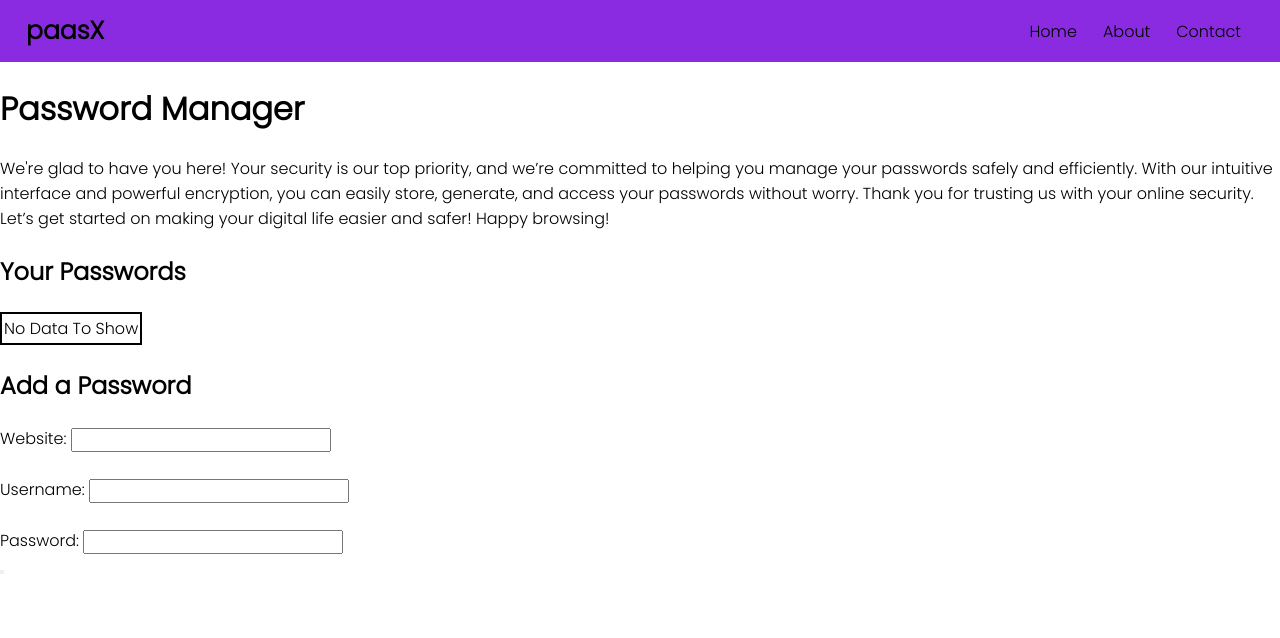
Repository: Abhi2807ar/PASSWORD-MANAGER
Page: index.html
These files come from the project's save history. The page is drawn as it stood at one moment and after a run of saves; the edit follows.
The browser window is 1280 px wide. The pictures show the whole page.

Above is the page before, as saved 2024-10-14 18:20:00.
Console error: TypeError: Document.querySelector is not a function

### index.html
<!DOCTYPE html>
<html lang="en">
<head>
    <meta charset="UTF-8">
    <meta name="viewport" content="width=device-width, initial-scale=1.0">
    <title>Documentx</title>
  <link rel="stylesheet" href="style.css">

</head>

<body>
    <nav>
        <div class="logo">paasX</div>
        <ul>
            <li>Home</li>
            <li>About</li>
            <li>Contact</li>

        </ul>

    </nav>
    <div class="'container">
        <h1>Password Manager</h1>
        <p> We're glad to have you here! Your security is our top priority,
             and we’re committed to helping you manage your passwords safely and efficiently.
              With our intuitive interface and powerful encryption, you can easily store, generate, and access your passwords without worry.
Thank you for trusting us with your online security. Let’s get started on making your digital life easier and safer!
Happy browsing!
        </p>
        <h2>Your Passwords</h2>
        <table>
            <tr>
              <th>website</th>
              <th>username</th>
              <th>Password</th>
              <th>Delete</th>
            </tr>

          </table>
        <h2>Add a Password</h2>
        <form action="/submit" method="post">
 <!-- Text input for website -->
            <label for="website">Website:</label>
            <input type="text" id="website" name="website" required>
            <br><br>
            <!-- Text input for username -->
            <label for="username">Username:</label>
            <input type="text" id="username" name="username" required>
            <br><br>

            <!-- Password input -->
            <label for="password">Password:</label>
            <input type="password" id="password" name="password" required>
            <br>

            <!-- Submit button -->
           <button class="'btn" type="submit"></button>
                </form>
    </div>
    <script src="index.js"></script>

</body>
</html>

### style.css

@import url('https://fonts.googleapis.com/css2?family=Poppins:wght@200;300&display=swap');
*{
    margin:0;
    padding:0;
    font-family: "Poppins", sans-serif;;
 }
 nav{ background-color: blueviolet;
    padding:12px 3px;
    display:flex;
    justify-content:space-between;
 }
 .logo{
    margin:0 23px;
    font-weight: 800;
    font-size:25px;
 }
 ul{
    display:flex;
    margin: 0 23px;
    align-items: center;

 }
 ul > li{
    list-style:none;
     margin:0 13px;
     cursor:pointer;
 }
 ul > li:hover{
    color:white;
 }
 table {
    border:2px solid black

}
.container{
    max-width: 80vw;
    margin: 23px auto;
}
h1,h2,h3{
    margin:23px 0;
}
.btn{
    padding:8px 17px;
    background:black;
    color:white;
    font-weight: 900;
    border:2px solid grey;
    border-radius:8px;
    margin:25px 0;
    cursor:pointer;
}
.btnsm{
    background:black;
    color:white;
    font-weight: 900;
    border:2px solid grey;
    border-radius:8px;
    margin:25px 0;
    cursor:pointer;

}

### index.js
//logic to fill the table
const deletePassword=(website)=>{
    let data=localStorage.getItem("passwords")
    let arr=JSON.parse(data);
    arrUpdated=arr.filter((e)=>{
        return e.website !=website
    })
    localStorage.setItem("passwords",JSON.stringify( arrUpdated))
}
const showPasswords=()=>{
let tb=document.querySelector("table")
let data=localStorage.getItem("passwords")
if(data==null){
    tb.innerHTML="No Data To Show"
}

else {
  tb.innerHTML=`<tr>
              <th>website</th>
              <th>username</th>
              <th>Password</th>
              <th>Delete</th>
            </tr>`

    let arr=JSON.parse(data);
    let str=""
    for(let index=0; index<arr.length;index++){
        const element=arr[index];


         str+=`<tr>

<td>${element.website} <img  onClick ="copyText(${element.website})" src="data:[embedded picture, 385 characters]" alt="Copy Button" />
</td>
<td>${element.username}<img onClick ="copyText(${element.website})" src="data:[embedded picture, 385 characters]" alt="Copy Button" /></td>
<td>${element.password}<img onClick ="copyText(${element.website})" src="data:[embedded picture, 385 characters]" alt="Copy Button" /></td>
<td><button class="btnsm" onClick="deletePassword(${element.website})">Delete</button></td>
</tr>`
}
tb.innerHTML=tb.innerHTML +str
}
website.value=""
username.value=""
password.value=""
}
console.log("Working");
showPasswords()
Document.querySelector("btn").addEventListener("click",(e)=>{
    e.preventDefault()
    console.log("Clicked....")
    console.log(username.value,password.value)
    let passwords=localStorage.getItem("passwords")
    console.log(passwords)
    if(passwords==null){
        let json=[]
    json.push({website:website.value,username:username.value,password:password.value})
    alert("Password Saved");
    localStorage.setItem("passwords",JSON.stringify(json))
}
else{
    let json=JSON.parse(localStorage.getItem("passwords"))
    json.push({website:website.value,username:username.value,password:password.value})
    alert("Password Saved");
    localStorage.setItem("passwords",JSON.stringify(json))
}
showPasswords()
})

After the next 2 saves:
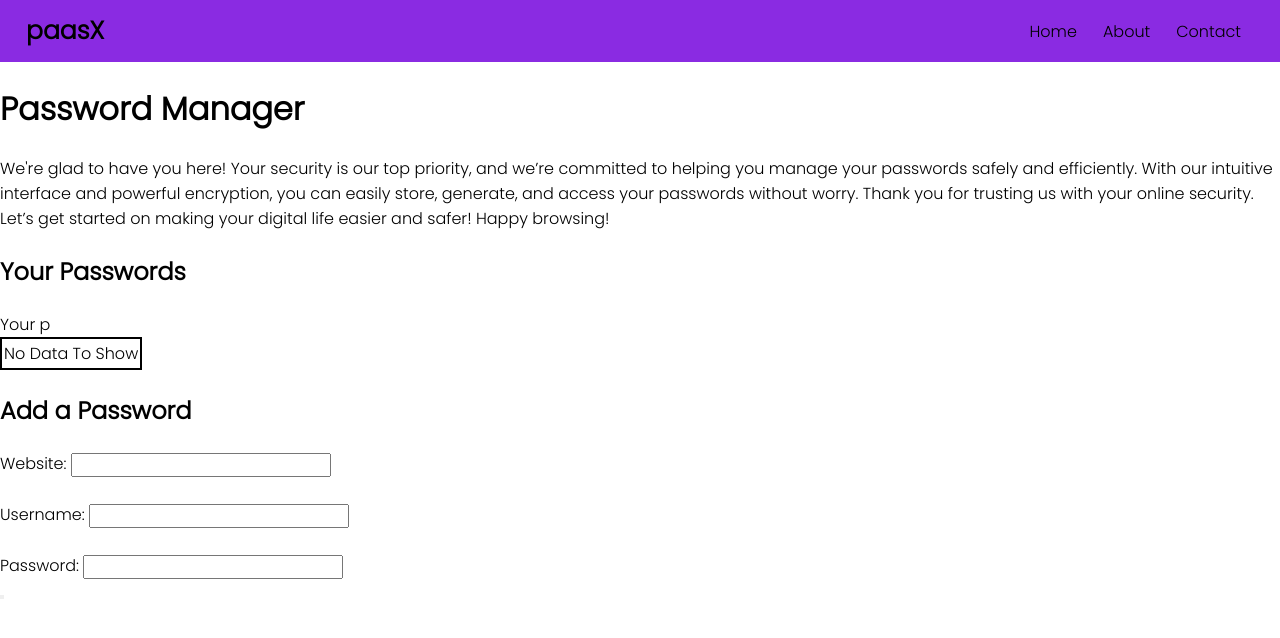
The 2 saves are shown as one change because they came seconds apart.
The last was saved 3 min 54 s later.
--- a/index.html
+++ b/index.html
@@ -28,6 +28,7 @@ Thank you for trusting us with your online security. Let’s get started on maki
 Happy browsing!
         </p>
         <h2>Your Passwords</h2>
+        <p>Your p</p>
         <table>
             <tr>
               <th>website</th>
